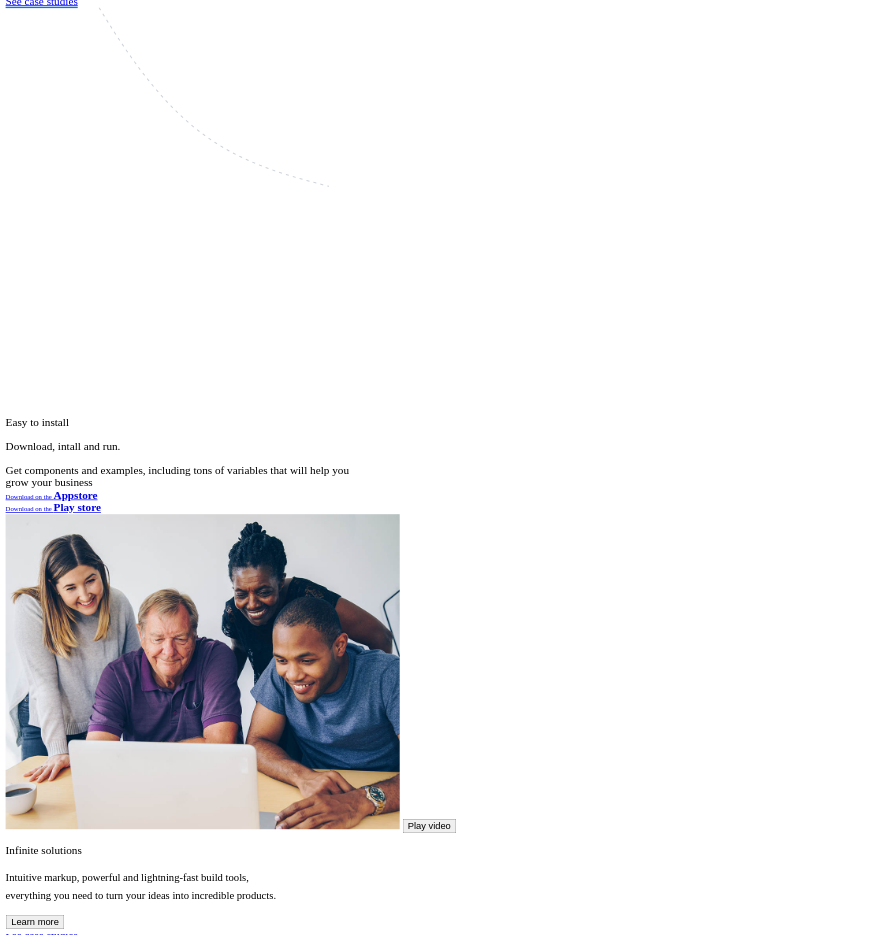
Repository: brandonc16/odoo-task
Page: components/hero.html
An editor plug-in stored every save of this project. The page is shown before and after the next save, followed by the edit.
The browser window is 1280 px wide. The pictures show the part of the page from y = 4002 to 5922 px (the page is 5337 px tall before and 5922 px after), at 70% of full size.

Above is the page before, as saved 2026-03-16 06:06:04.

After the next save:
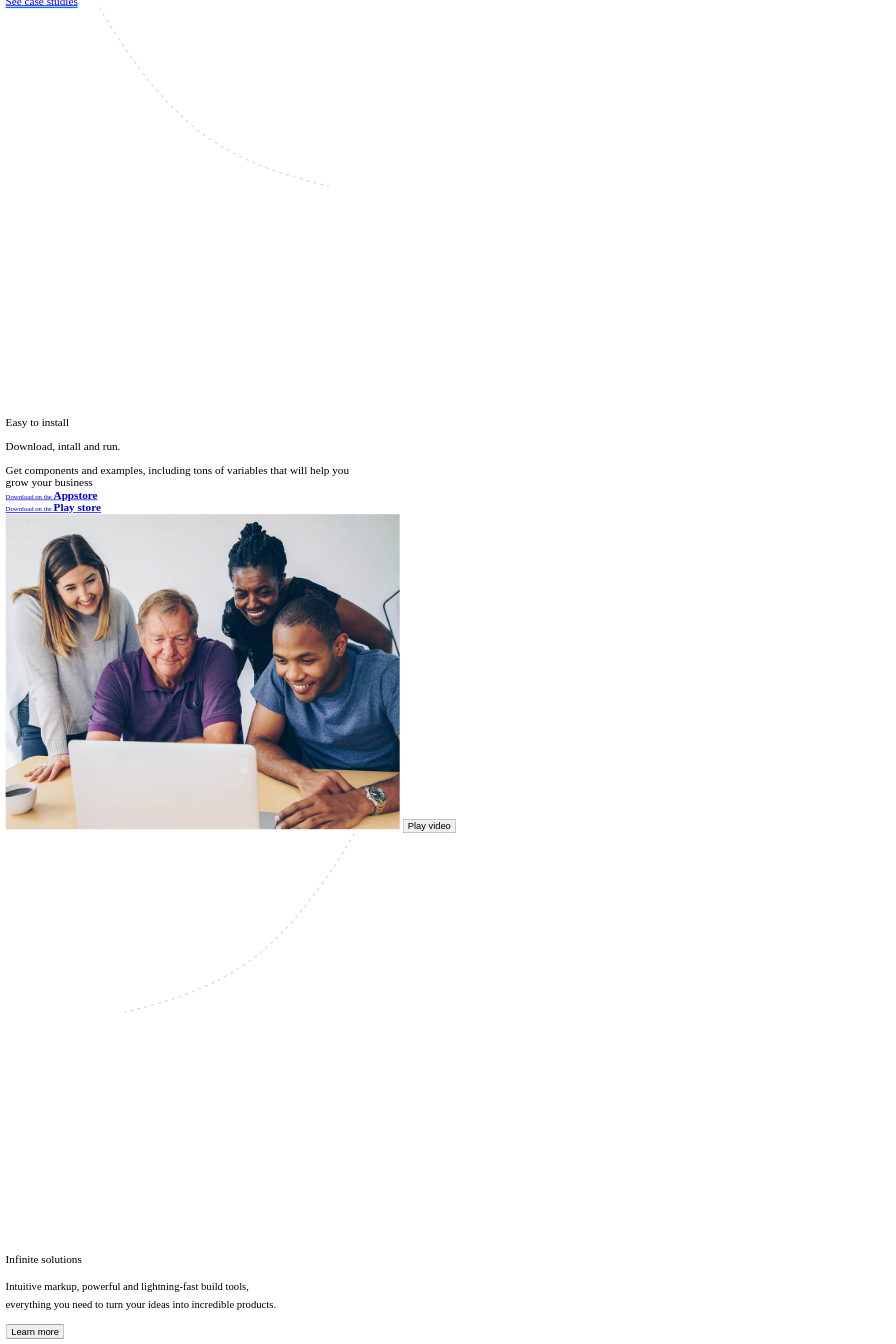
Saved 59 s later.
--- a/components/hero.html
+++ b/components/hero.html
@@ -603,6 +603,30 @@
   </div>
 </div>
 
+<svg
+  class="position-absolute"
+  style="
+    top: 243%;
+    left: 25%;
+    z-index: 0;
+    pointer-events: none;
+    width: 50%;
+    height: 83%;
+    transform: scaleX(-1);
+  "
+  viewBox="0 0 500 800"
+  fill="none"
+  xmlns="http://www.w3.org/2000/svg"
+>
+  <path
+    d="M0,0 C150,250 250,300 450,350"
+    stroke="#ced4da"
+    stroke-width="2"
+    stroke-dasharray="6 8"
+    fill="none"
+  />
+</svg>
+
 <!-- section call to action  -->
 
 <div class="px-lg-10 py-5 my-5">
